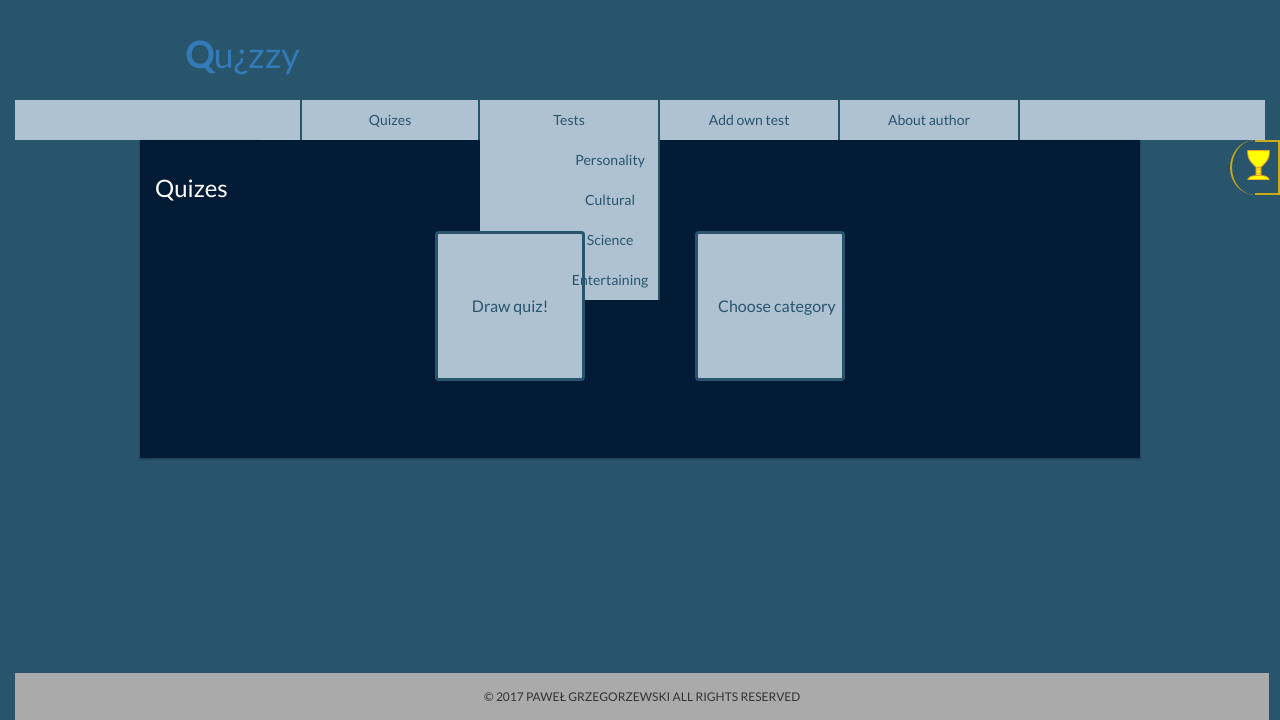
Repository: pgrzegorzewski/quiz
Page: http://localhost/app/quiz.php
An editor plug-in stored every save of this project. The page is shown before and after the next save, followed by the edit.
The browser window is 1280 px wide. The pictures show the whole page.
Some web libraries are served in a nearby version. The page is run by PHP 8.4 with error messages shown; the project is at /var/www/html/.

Above is the page before, as saved 2017-04-22 12:40:33.

### htdocs/app/learningapp/app/quiz.php
<!DOCTYPE html>
<html>
<head>
	<meta name="viewport" content="width=device-width, initial-scale=1.0">
	<meta http-equiv="content-type" content="text/html; charset=utf-8">
	<meta charset="utf-8">
	<link rel="stylesheet" href="https://maxcdn.bootstrapcdn.com/bootstrap/3.3.7/css/bootstrap.min.css">
	<script src="https://ajax.googleapis.com/ajax/libs/jquery/3.1.1/jquery.min.js"></script>
	<script src="https://maxcdn.bootstrapcdn.com/bootstrap/3.3.7/js/bootstrap.min.js"></script>
	<link href="https://fonts.googleapis.com/css?family=Lato" rel="stylesheet">
	<link rel="StyleSheet" href="../css/index.css" />
	<link rel="StyleSheet" href="../css/question.css" />
	<link rel="StyleSheet" href="../css/quiz.css" />
	<link rel="StyleSheet" href="../css/side_menu_leaderboard.css" />
	<script type="text/javascript" src="../js/question.js"></script>
	<script type="text/javascript" src="../js/entertaining_test.js"></script>
	<script type="text/javascript" src="../js/side_menu_leaderboard.js"></script>
</head>

<body>

<div class="container-fluid">

	<div class= "sidemenu_2">

	</div>
	<div class= "sidemenu">
		<p style="cursor:pointer"><img src = "../resources/img/trophy.png" height = "50px" onmouseover="openLeaderboard()"/></p> <!-- &#9776; -->
	</div>
	<div id = 'leaderboard' class = 'leaderboard' onmouseleave = "closeLeaderboard()" >
		<a href = "javascript:void(0)" class = "closebtn" onclick = "closeLeaderboard()">&times;</a>
		test 1000pts;
	</div>


	<header class ="header">
		<h1 id="title"><a href ="index.php"><b>Q</b>u¿zzy</a></h1>
	</header>

	<div class="nav">
		<ol>
			<li>
				<a href ='#' id = "visited">Quizes</a>
			</li>
			<li>
				<a href ='#'>Tests</a>
				<ul>
					<li><a href="#">Personality</a></li>
					<li><a href="#">Cultural</a></li>
					<li><a href="#">Science</a></li>
					<li><a href="entertaining_test.php">Entertaining</a></li>
				</ul>
			</li>
			<li>
				<a href ='add_test.php'>Add own test</a>
			</li>
			<li>
				<a href ='#'>About author</a>
			</li>
		</ol>
	</div>

	<section class = "section">
		<div id ="welcome_div">
			<h3>Quizes</h3>

		</div>
		<div class = "row">
			<div class="col-sm-12" id="tiles">
				<?php

				echo "
					<table id = \"tile\">
						<tr>
							<td>
								<button name = '1' id = 'quizButton' class = 'category btn' >Draw quiz!</button>
							</td>
							<td style = \"width:50px\">

							</td>
							<td>
								<button name = '2' id = 'quizButton' class = 'category btn'>Choose category</button>
							</td>
						</tr>
					</table>
				";
				?>
				<br/><br/>

			</div>
		</div>
		<div class ="row">
			<div class="col-sm-12">
				<h4 id="test_title" hidden = "true">Let's begin with the</h4>
			</div>
		</div>
		<div id = "test_questions">

		</div>
		<div class ='row'>
				<div class='col-sm-12' id = 'result_div'>
					<h4 id= 'result_text' hidden = 'true'></h4>
				</div>
		</div>

	</section>
	<div class="footer">
		© 2017 PAWEŁ GRZEGORZEWSKI ALL RIGHTS RESERVED
	</div>
</div>




</body>
</html>

### htdocs/app/learningapp/css/index.css

.container-fluid
{
	min-height: 100%;
	background-color:#28546C;
	width:100%;
	font-family: 'Lato', sans-serif;
}

img{
	padding:10px;
}

#img2{
	padding:3px;
	padding-bottom:12px;
}

html {
    font-family: "Lucida Sans", sans-serif;
    background-color:#28546C;
}

h1, h2, h3 ,h4{
	color: white;
	text-align:ceter;
}

#title{
	margin-left:30px;
}

body
{
	height:100%;
	padding-bottom:60px;
	background-color:#28546C;
	margin:0px !important;

}
.page {
  margin-left:auto;
  margin-right:auto;
  width:100%;
}

.title {
	text-align:center;
}

.buttons_next_prev{
	text-align:center;
}


.header {
	width:80%;
	margin:0 auto;
    background-color: #28546C;
    color: #ffffff;
    padding: 15px;
	text-decoration: none;

}

.menu_header {
	width:80%;
    background-color: #CCCCCC;
    padding: 10px;
    color: white;
    text-align: center;
    font-size: 14px;
    box-shadow: 0 1px 3px rgba(0,0,0,0.12), 0 1px 2px rgba(0,0,0,0.24);
	width:auto;
}


.section{

	width: 80%;
	margin:0 auto;
	background-color: #031B35;
    padding: 15px;
    color: white;
    text-align: justify;
    font-size: 14px;
    box-shadow: 0 1px 3px rgba(0,0,0,0.12), 0 1px 2px rgba(0,0,0,0.24);
}

td
{
	padding-right:12px;
}


.canvas{

	 width: 500px;
	 height: 300px;
	 color: #FFFFFF;
}

.nav {
	width:100%;
	background-color:#AFC2D1;
	text-align: center;
	vertical-align:center;
}

.footer
{
	width:100%;
	background-color:#AFC2D1;
	text-align: center;
	vertical-align:center;
}

.nav ol
{
	margin:0 auto;
	background-color:#AFC2D1;
	list-style:none;
	line-height: 200%;
	display:inline-block;
	vertical-align:middle;
	height:40px;
}


ol a
{
	color: #28546C;
	text-decoration:none;
	display:block;
	height:40px;
	padding:6px;
	vertical-align: middle;
	text-align: center;
	z-index:200;
}

ol > li
{
	list-style:none;
	width: 180px;
	color: #28546C;
	background-color:#AFC2D1;
	border-right:2px solid #28546C;
	float:left;
	display: table-cell;

}

ol > li:hover
{
	background-color:#031B35;

}

ol > li a:hover
{
	color:white;
	border: 1px solid white;
}


ol > li:first-child
{
	border-left:2px solid #28546C;
}

ol > li > ul
{
	position: relative;
	z-index: 100;
	list-style-type: none;

}
ol > li > ul > li > a
{
	width: 180px;
}


.menu a:link, a:visited {
    color: white;
    background-color: #CCCCCC;
	padding: 3px;
	width: width:1200px;;
    text-decoration: none;
    display: inline-block;
}


.menu a:hover, a:active {
    color: white;
	background-color: #999999;
}

.section a:link, a:visited {
    color: #000000;
    background-color: #CCCCCC;
	padding: 3px;
	width: 50px;
    text-decoration: none;
}


.section a:hover, a:active {
    background-color: #999999;
	color: white;
}

.footer {
    background-color: #AAAAAA;
    font-size: 12px;
    padding: 15px;
    bottom: 0;
    position : fixed;
    width:98%

}

.submenu{
	display:none;
}



@media only screen and (min-width: 768px) and (max-width: 922px) {
    .col-m-1 {width: 8.33%;}
    .col-m-2 {width: 16.66%;}
    .col-m-3 {width: 25%;}
    .col-m-4 {width: 33.33%;}
    .col-m-5 {width: 41.66%;}
    .col-m-6 {width: 50%;}
    .col-m-7 {width: 58.33%;}
    .col-m-8 {width: 66.66%;}
    .col-m-9 {width: 75%;}
    .col-m-10 {width: 83.33%;}
    .col-m-11 {width: 91.66%;}
    .col-m-12 {width: 100%;}
}

@media only screen and (min-width: 922px) and (max-width: 1200px) {
    .col-1 {width: 8.33%;}
    .col-2 {width: 16.66%;}
    .col-3 {width: 25%;}
    .col-4 {width: 33.33%;}
    .col-5 {width: 41.66%;}
    .col-6 {width: 50%;}
    .col-7 {width: 58.33%;}
    .col-8 {width: 66.66%;}
    .col-9 {width: 75%;}
    .col-10 {width: 83.33%;}
    .col-11 {width: 91.66%;}
    .col-12 {width: 100%;}
}

@media only screen and (min-width: 1200px){
    .col-1 {width: 8.33%;}
    .col-2 {width: 16.66%;}
    .col-3 {width: 25%;}
    .col-4 {width: 33.33%;}
    .col-5 {width: 41.66%;}
    .col-6 {width: 50%;}
    .col-7 {width: 58.33%;}
    .col-8 {width: 66.66%;}
    .col-9 {width: 75%;}
    .col-10 {width: 83.33%;}
    .col-11 {width: 91.66%;}
    .col-12 {width: 100%;}
}

### htdocs/app/learningapp/css/question.css
#question
{
	text-align: center;

}


#question button{
	min-width: 50px;
	text-align: center;
}

#question th{
	min-width: 50px;
	text-align: center;
}

td, th > #question{
	min-width: 90px;
	padding:10px;
	text-align: center;
}

### htdocs/app/learningapp/css/quiz.css
#quizButton
{
	padding:20px;
}


#tiles
{
	padding:10px;
	z-index:50;
	position:relative;
}

#tile
{
	text-align:center;
	margin-left:auto;
	margin-right:auto;

}

button .clicked
{
	background-color:#6ac65b;
}

#tile  tr  td
{
	width: 150px;
	height: 150px;
}

#tile  tr  td > button
{
	background-color:#AFC2D1;
	color:#28546C;
	width: 150px;
	height: 150px;
	border: 3px solid #28546C;
	font-size:16px;
	z-index:50;
}

#tile  tr  td >button:hover
{
	background-color:#CAAB15;
	color:white;
	width: 150px;
	height: 150px;
	border: 3px solid #28546C;
}

### htdocs/app/learningapp/css/side_menu_leaderboard.css
.leaderboard
{
	height:40%;
	width:0;
	position: fixed;
	z-index: 250;
	top: 140px;
	right: 0;
	border:0px solid #CAAB15;
	background-color:#AFC2D1;
	overflow-x: hidden;
	transition: 0.5s;
	padding-top: 60px;
	hidden:true;
	text-align:center;
}

.leaderboard .closebtn{
	position: absolute;
	top: 0;
	right:5px;
	font-size: 25px;
	margin-right: 0px;
}

.sidemenu
{
	height:55px;
	width:50px;
	border-radius:100%;
	border-left:2px solid #CAAB15;
	position: fixed;
	z-index: 200;
	top: 140px;
	right: 0;
	font-size:20px;
	text-align:center;
}

.sidemenu_2
{
	height:55px;
	width:25px;
	position: fixed;
	z-index: 150;
	top: 140px;
	right: 0;
	border-bottom:2px solid #CAAB15;
	border-top:2px solid #CAAB15;
	border-right:2px solid #CAAB15;
}

### htdocs/app/learningapp/js/question.js

function checkAnswear(button)
{
	if($(button).attr("id") == '1')
		alert("You won");
	else
		alert("nope");
}

### htdocs/app/learningapp/js/side_menu_leaderboard.js
function openLeaderboard()
{
	document.getElementById("leaderboard").style.width = "250px";
	document.getElementById("leaderboard").style.border = "2px solid #CAAB15";

}

function closeLeaderboard()
{
	document.getElementById("leaderboard").style.width = "0px";
	document.getElementById("leaderboard").style.border = "0px solid #CAAB15";
}

Loaded but not shown: htdocs/app/learningapp/js/entertaining_test.js (no copy from this time; the picture is the same without it)

After the next save:
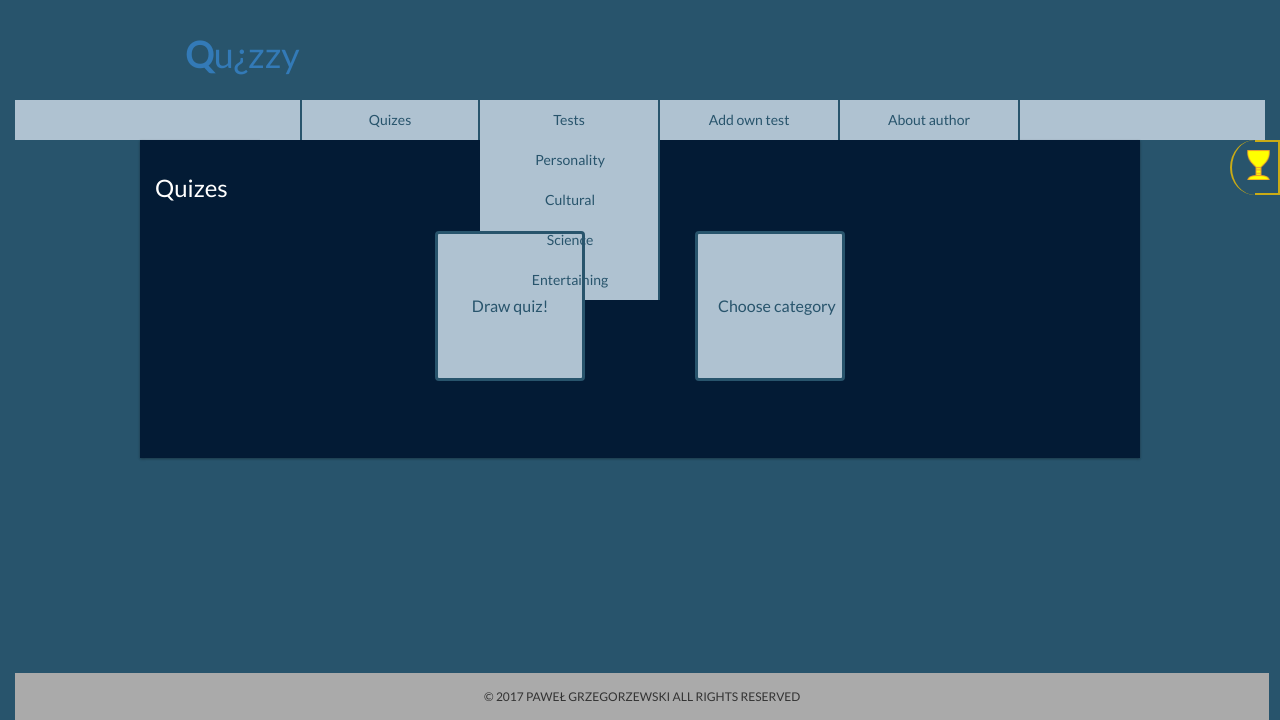
Saved 26 s later.
--- a/htdocs/app/learningapp/css/index.css
+++ b/htdocs/app/learningapp/css/index.css
@@ -174,7 +174,8 @@ ol > li > ul
 	position: relative;
 	z-index: 100;
 	list-style-type: none;
-
+	padding:0;
+	margin:0 auto;
 }
 ol > li > ul > li > a
 {
